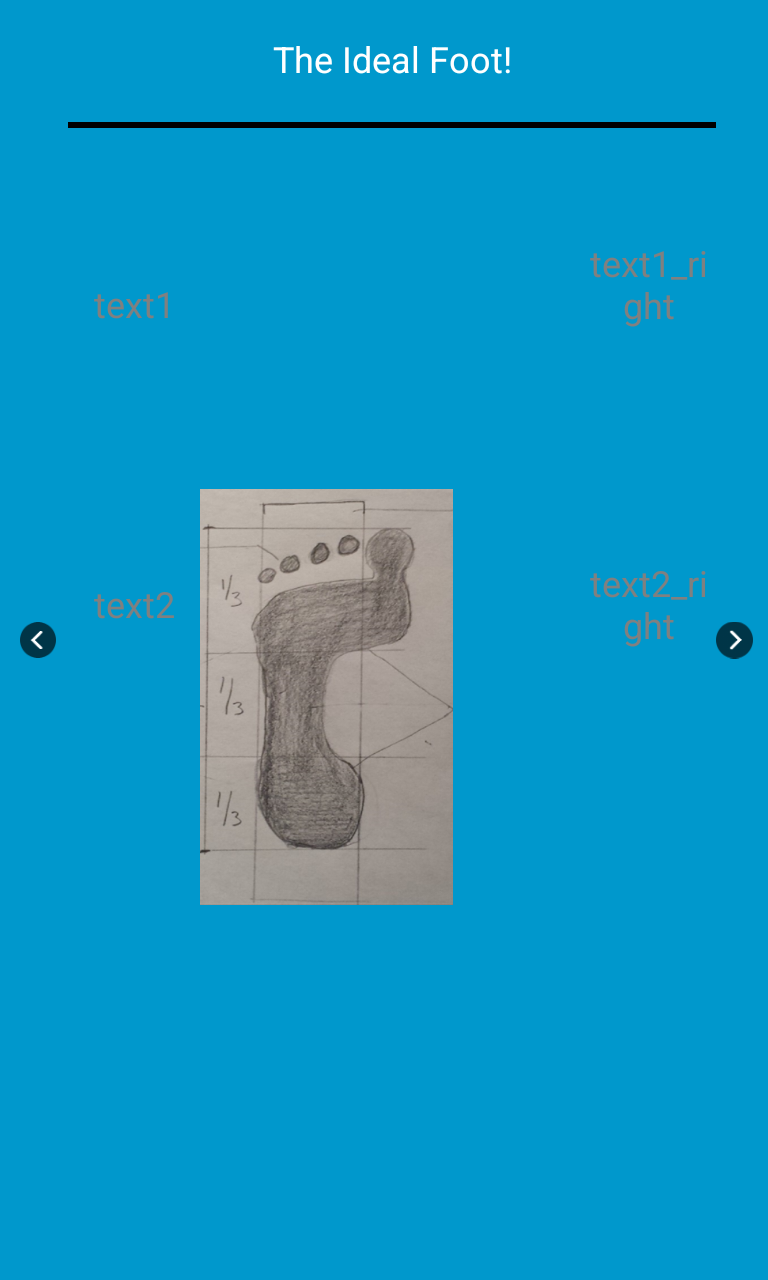
Repository: nanoweb12/GoodFeetAppNew
Layout: GoodFeetapp/res/layout/ideal_foot.xml
The author's editor kept a copy of each file at every save. The layout is drawn from the files as they stood at one save, then again after the next save.
It is drawn on a 768 x 1280 px phone screen (xhdpi) without system bars, with theme MyTheme; the app's code is not run.

Above is the layout before, as saved 2015-02-20 12:18:48.

### GoodFeetapp/res/layout/ideal_foot.xml
<?xml version="1.0" encoding="utf-8"?>
<LinearLayout xmlns:android="http://schemas.android.com/apk/res/android"
    android:layout_width="match_parent"
    android:layout_height="match_parent"

    android:background="#0098cc"
    android:orientation="horizontal"
    android:weightSum="100" >

    <ImageView
        android:id="@+id/back"
        android:layout_width="0dp"
        android:layout_marginLeft="10dp"
           android:layout_marginRight="6dp"
        android:layout_height="match_parent"
        android:layout_weight="5"
        android:src="@drawable/left_arrow" />

    <LinearLayout
        android:layout_width="0dp"
        android:layout_height="match_parent"
        android:layout_weight="88"
        android:orientation="vertical"
        android:weightSum="100" >

        <TextView
            android:layout_width="match_parent"
            android:layout_height="0dp"
            android:layout_weight="9.5"
            android:gravity="center"
            android:textSize="18sp"
            android:textColor="#ffffff"
            android:text="The Ideal Foot!" />
   <View
            android:layout_width="match_parent"
            android:layout_height="0dp"
            android:layout_marginTop="2dp"
            android:layout_weight="0.5"
            android:gravity="center"
           android:background="#000000"
            />

        <LinearLayout
            android:layout_width="match_parent"
            android:layout_height="0dp"
            android:layout_weight="90"
            android:layout_marginTop="3dp"
             android:layout_marginBottom="10dp"
            android:orientation="horizontal"
            android:weightSum="100" >

            <LinearLayout
                android:layout_width="0dp"
                android:layout_height="match_parent"
                android:layout_weight="25"
                android:orientation="vertical" >

                <TextView
                    android:id="@+id/text1_left"
                    android:layout_width="match_parent"
                    android:layout_height="150dp"
                    android:gravity="center"
                    android:textSize="18sp"
                    android:layout_marginTop="10dp"
                    android:hint="text1" />

                <TextView
                    android:id="@+id/text2_left"
                    android:layout_width="match_parent"
                    android:layout_height="150dp"
                    android:gravity="center"
                      android:textSize="18sp"
                    android:hint="text2" />
            </LinearLayout>

            <ImageView
                android:id="@+id/foot"
                android:layout_width="0dp"
                android:layout_height="match_parent"
                android:layout_weight="48"
                android:scaleType="fitCenter"
                android:src="@drawable/foot" />


              <View
                android:layout_marginLeft="10dp"
            	android:layout_width="50dp"
            	android:layout_height="0dp"
            	android:layout_marginTop="50dp"
            android:layout_weight="2"
            	android:gravity="center"
           		android:background="#000000"
            />


            <LinearLayout
                android:layout_width="0dp"
                android:layout_height="match_parent"
                android:layout_weight="25"
                android:orientation="vertical" >

                <TextView
                    android:id="@+id/text1_right"
                    android:layout_width="match_parent"
                    android:layout_height="150dp"
                    android:gravity="center"
                      android:textSize="18sp"
                    android:hint="text1_right" />

                <TextView
                     android:id="@+id/text2_right"
                    android:layout_width="match_parent"
                    android:layout_height="150dp"
                    android:layout_marginTop="10dp"
                    android:gravity="center"
                      android:textSize="18sp"
                    android:hint="text2_right" />
            </LinearLayout>
        </LinearLayout>
    </LinearLayout>

    <ImageView
        android:id="@+id/next"
        android:layout_width="0dp"

        android:layout_height="match_parent"
        android:layout_weight="5"
        android:src="@drawable/right_arrow" />

</LinearLayout>

### GoodFeetapp/res/values-v11/styles.xml
<resources>
    <style name="MyTheme" parent="@android:style/Theme.Holo.Light">

    </style>

    <style name="MyActionBar" parent="@android:style/Widget.Holo.Light.ActionBar">
    <item name="android:actionBarSize">70dip</item>
         <item name="android:background">#D3D3D3</item>
    </style>
</resources>

### GoodFeetapp/res/values-v14/styles.xml
<!-- <resources>
    the theme applied to the application or activity
    <style name="CustomActionBarTheme"
           parent="@android:style/Theme.Holo.Light.DarkActionBar">

    </style>

    ActionBar styles
    <style name="MyActionBar"
           parent="@android:style/Widget.Holo.Light.ActionBar.Solid.Inverse">
       <item name="android:actionBarSize">70dip</item>
         <item name="android:background">#D3D3D3</item>

    </style>
</resources> -->

<resources>
    <style name="MyTheme" parent="@android:style/Theme.Holo.Light">

    </style>

    <style name="MyActionBar" parent="@android:style/Widget.Holo.Light.ActionBar">
    <item name="android:actionBarSize">100dip</item>
         <item name="android:background">#D3D3D3</item>
    </style>
</resources>

### GoodFeetapp/res/values/styles.xml
<resources>
    <style name="MyTheme" parent="@android:style/Theme.Holo.Light">

    </style>

    <style name="MyActionBar" parent="@android:style/Widget.Holo.Light.ActionBar">
    <item name="android:actionBarSize">70dip</item>
         <item name="android:background">#D3D3D3</item>
    </style>
</resources>

After the next save:
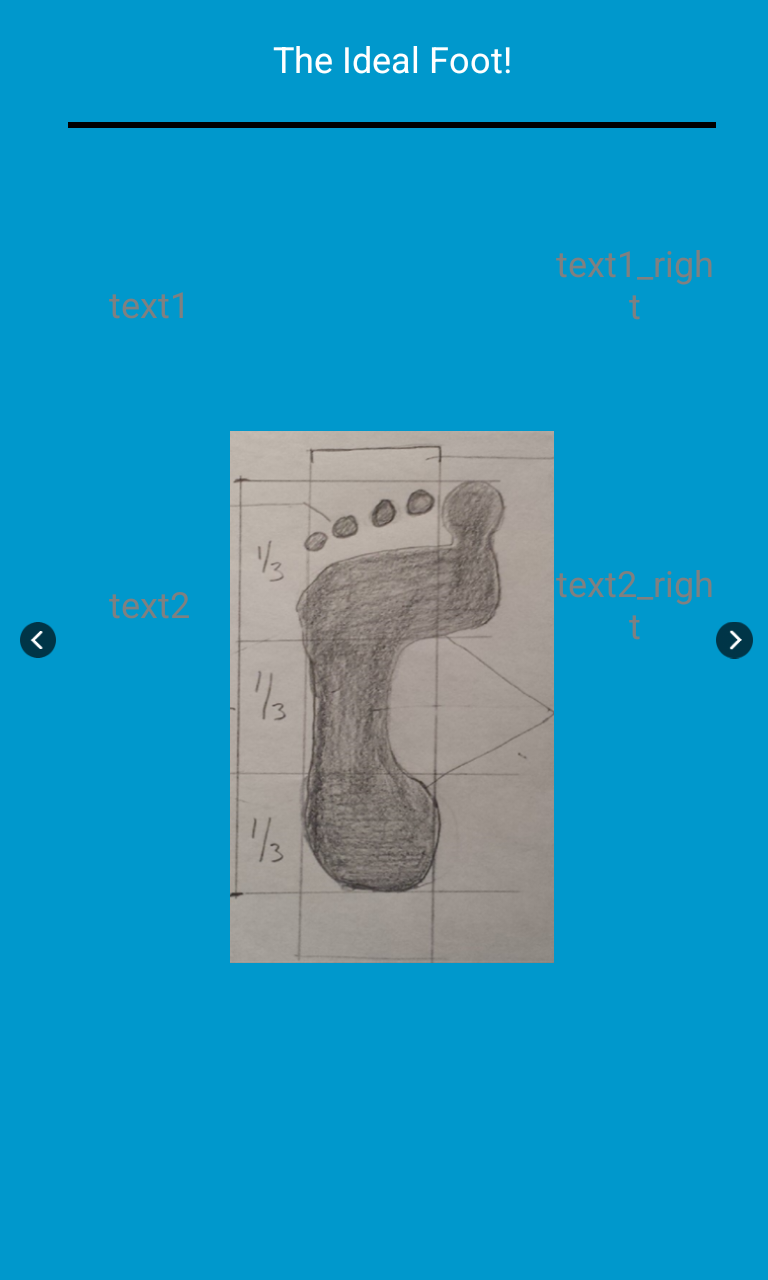
Saved 20 s later.
--- a/GoodFeetapp/res/layout/ideal_foot.xml
+++ b/GoodFeetapp/res/layout/ideal_foot.xml
@@ -77,20 +77,11 @@
                 android:id="@+id/foot"
                 android:layout_width="0dp"
                 android:layout_height="match_parent"
-                android:layout_weight="48"
+                android:layout_weight="50"
                 android:scaleType="fitCenter"
                 android:src="@drawable/foot" />
 
 
-              <View
-                android:layout_marginLeft="10dp"
-            	android:layout_width="50dp"
-            	android:layout_height="0dp"
-            	android:layout_marginTop="50dp"
-            android:layout_weight="2"
-            	android:gravity="center"
-           		android:background="#000000"
-            />
 
 
             <LinearLayout
